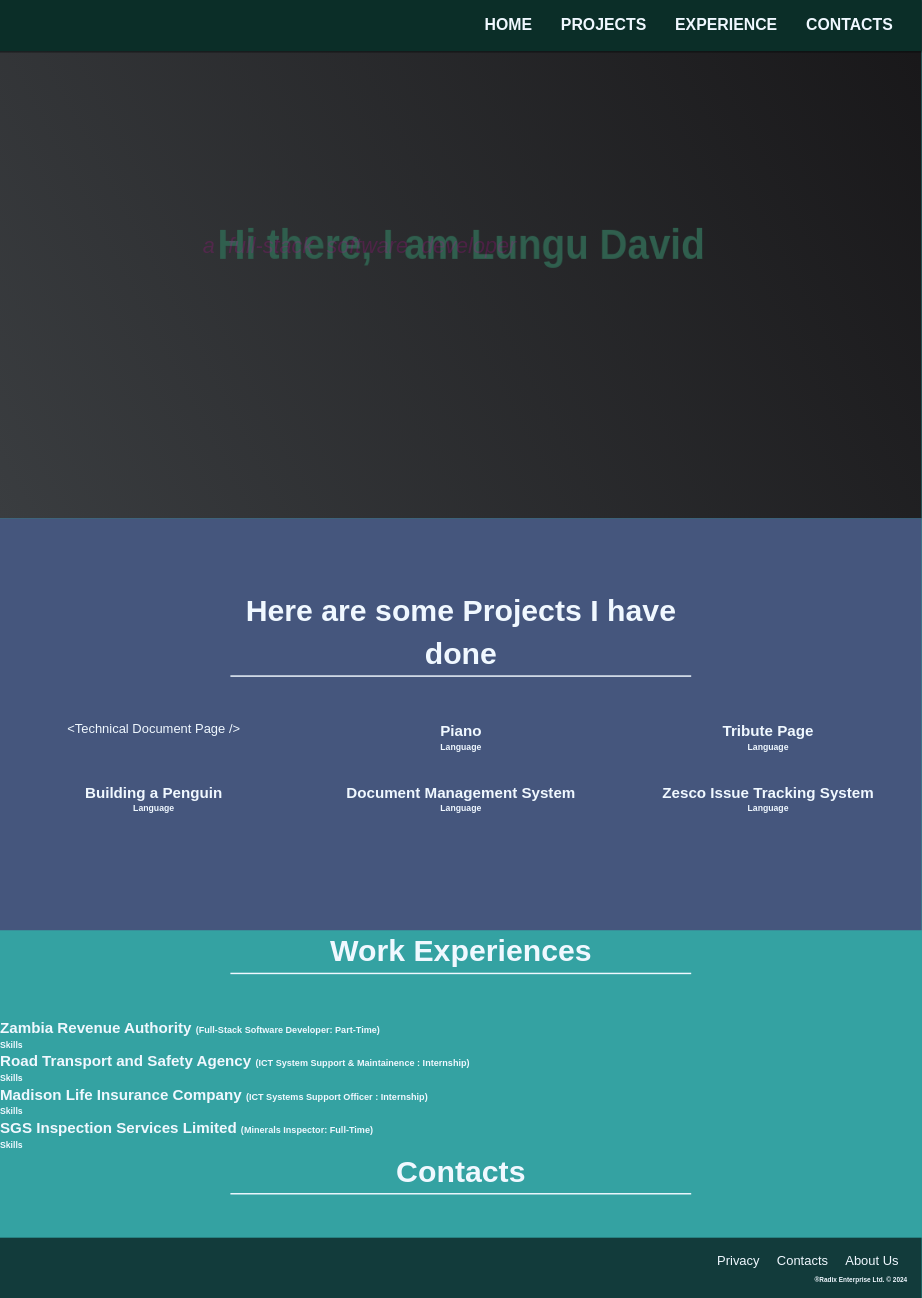
Repository: Lungdjos/personal_portifolio
Page: html/index.html
The author's editor kept a copy of each file at every save. The page is drawn from the files as they stood at one save, then again after the next save.
The browser window is 1280 px wide. The pictures show the whole page, at 72% of full size.

Above is the page before, as saved 2024-02-04 00:09:04.

After the next save:
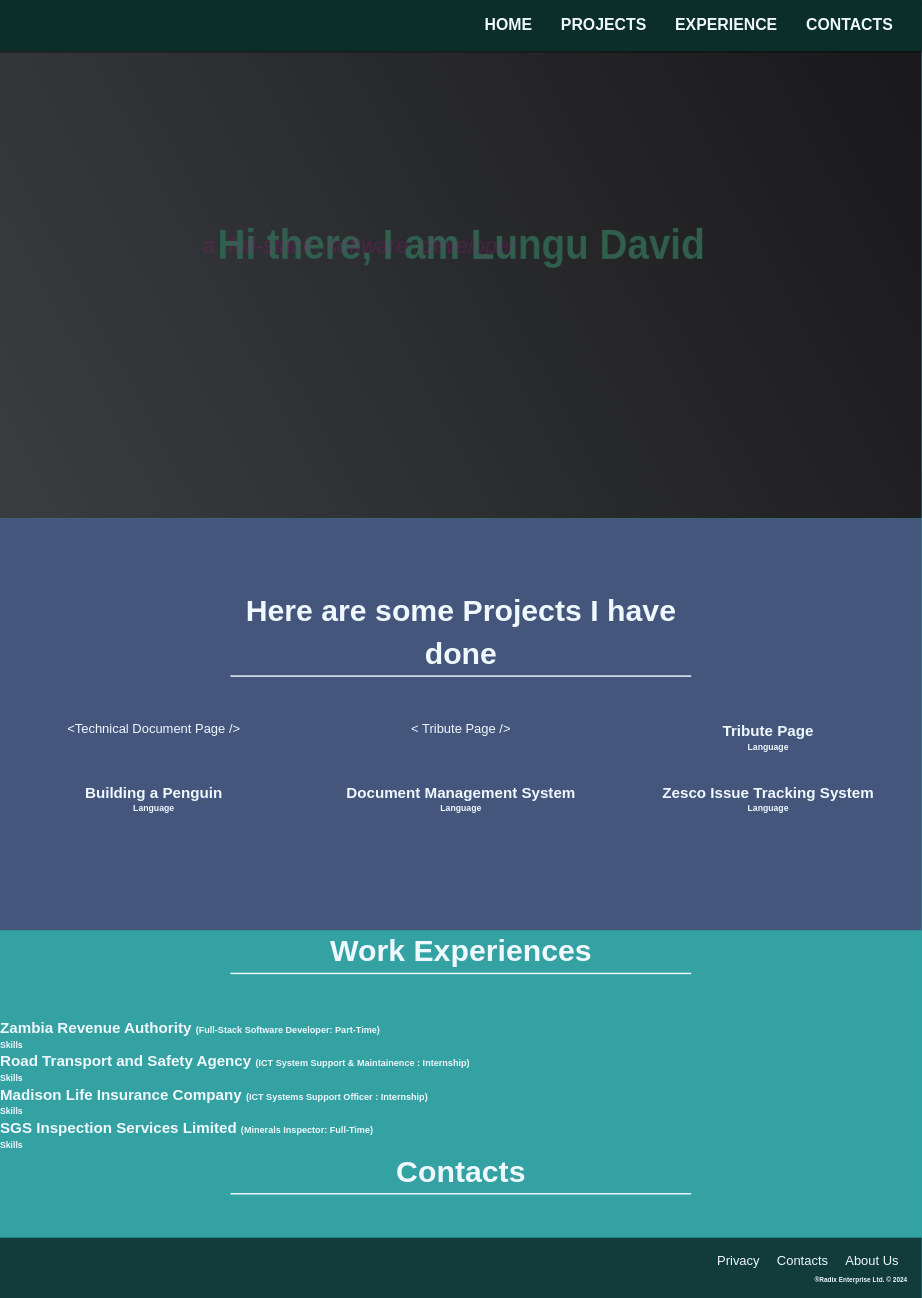
Saved 12 s later.
--- a/html/index.html
+++ b/html/index.html
@@ -47,15 +47,10 @@
                 </a>
 
                 <a href="" target="_blank" class="project project-title">
-                    <div class="projects">
-                        <h3 class="project-title">Piano</h3>
-                        <h6 class="language">Language</h6>
-                        <p>
-                            <ul>
-                                <li></li>
-                            </ul>
-                        </p>
-                    </div>
+                    <p class="project-title">
+                        <span class="code">&lt;</span> Tribute Page
+                        <span class="code">/&gt;</span>
+                    </p>
                 </a>
 
                 <a href="" target="_blank" class="project project-title">
